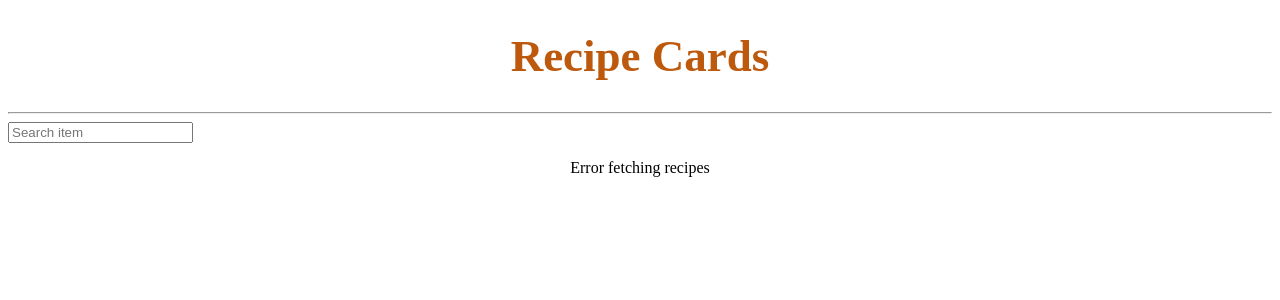
Repository: SharonSebastian32/food-search-filter-
Page: index.html
An editor plug-in stored every save of this project. The page is shown before and after a run of saves, followed by the edit.
The browser window is 1280 px wide. The pictures show the whole page.
The page's requests for data from a server got no answer.

Above is the page before, as saved 2024-10-11 12:20:04.

### index.html
<!DOCTYPE html>
<html lang="en">
  <head>
    <meta charset="UTF-8" />
    <meta name="viewport" content="width=device-width, initial-scale=1.0" />
    <title>Recipe Cards</title>
    <style>
      .card {
        border: 1px solid #ddd;
        border-radius: 10px;
        padding: 20px;
        margin: 20px;
        box-shadow: 0 4px 8px rgba(0, 0, 0, 0.1);
        width: 300px;
        display: inline-block;
        vertical-align: top;
      }
      .card img {
        max-width: 100%;
        border-radius: 10px;
        overflow: hidden;
      }
      .card h2 {
        font-size: 24px;
        margin: 0 0 10px 0;
      }
      .card p {
        margin: 5px 0;
      }
      .card hr {
        margin: 20px 0;
        border: none;
        border-top: 1px solid #ddd;
      }
      .card-container {
        display: flex;
        flex-direction: row;
        flex-wrap: wrap;
        justify-content: space-around;
      }
      #head1 {
        color: rgb(189, 89, 12);
        font-size: 45px;
        font-weight: 600;
        text-align: center;
      }
    </style>
  </head>
  <body>
    <h1 id="head1">Recipe Cards</h1>
    <hr />
    <div style="align-items: center; justify-content: center">
      <input type="text" placeholder="Search item " />
    </div>

    <div id="recipe-root" class="card-container"></div>

    <script src="./index.js"></script>
  </body>
</html>

### index.js
// Fetch data from the DummyJSON API for recipes
fetch("https://dummyjson.com/recipes")
  .then((response) => response.json())
  .then((data) => {
    const recipeContainer = document.getElementById("recipe-root");
    let recipeContent = "";

     data.recipes.forEach(function (recipe) {
      recipeContent += `
        <div class="card">
          <img src="${recipe.image}" alt="${recipe.name}">
          <h2>${recipe.name}</h2>
          <p><strong>Cuisine:</strong> ${recipe.cuisine}</p>
          <p><strong>Ingredients:</strong> ${recipe.ingredients.join(", ")}</p>
        </div>
      `;
    });

     recipeContainer.innerHTML = recipeContent;
  })
  .catch((error) => {
    console.error("Error fetching recipes:", error); // Log any errors
    const recipeContainer = document.getElementById("recipe-root");
    recipeContainer.innerHTML = "<p>Error fetching recipes</p>"; // Show an error message on the page
  });

After the next 3 saves:
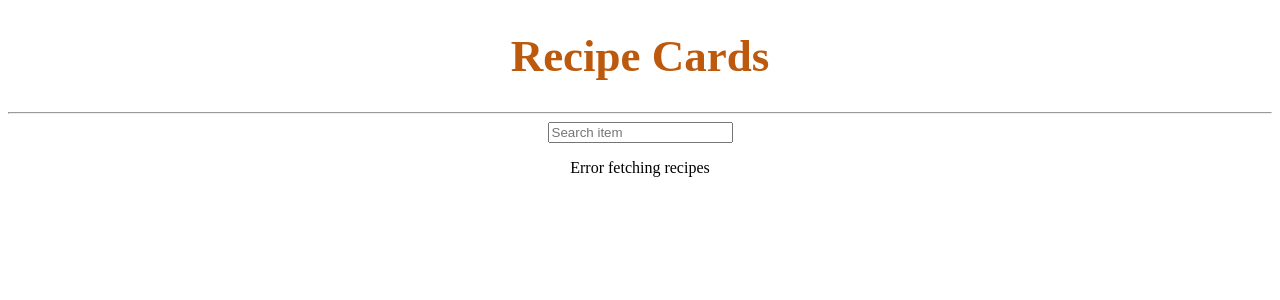
The 3 saves are shown as one change because they came seconds apart.
The last was saved 18 s later.
--- a/index.html
+++ b/index.html
@@ -50,7 +50,7 @@
     <h1 id="head1">Recipe Cards</h1>
     <hr />
     <div style="align-items: center; justify-content: center">
-      <input type="text" placeholder="Search item " />
+      <center><input type="text" placeholder="Search item " /></center>
     </div>
 
     <div id="recipe-root" class="card-container"></div>
